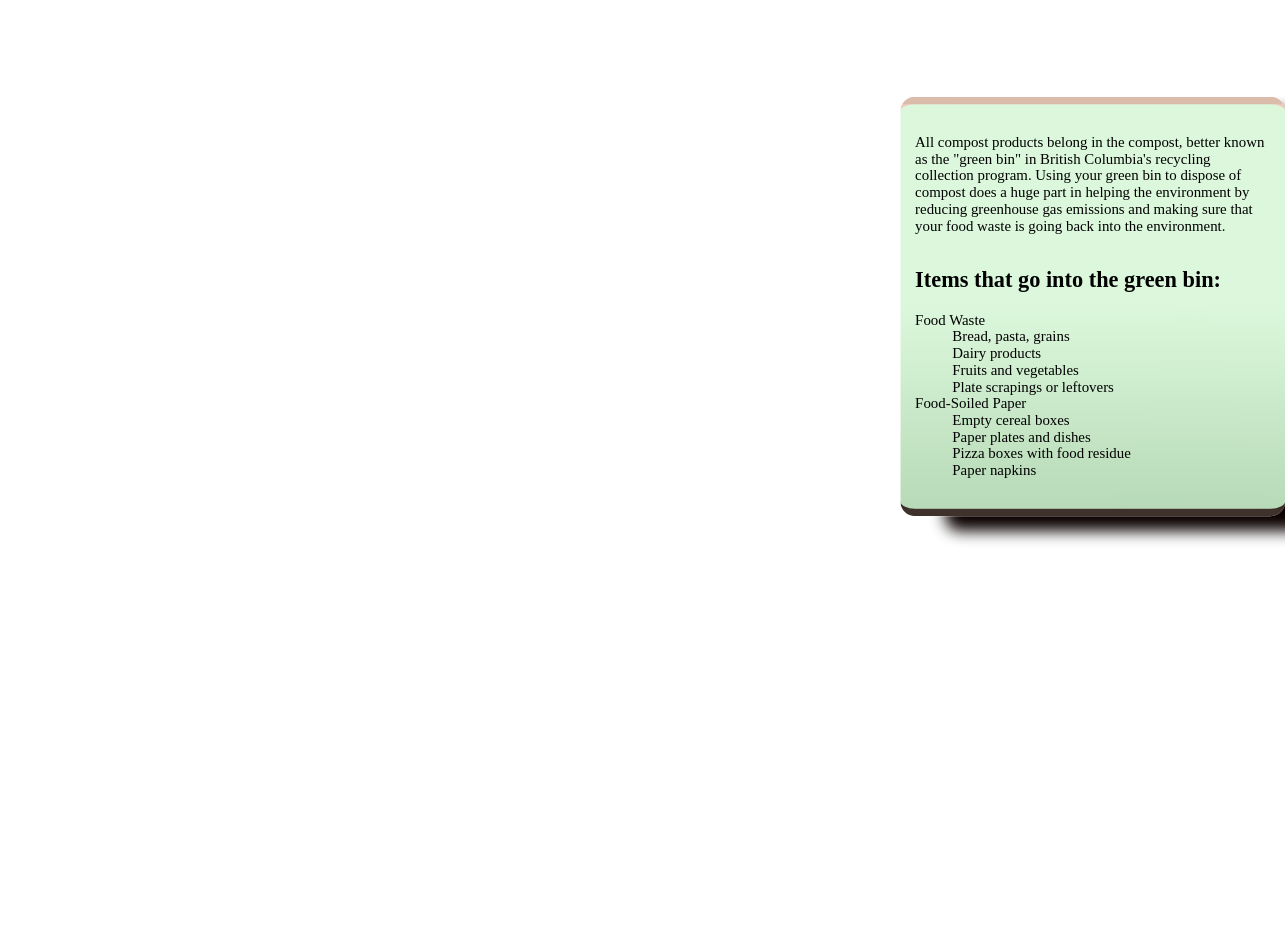
Repository: alemunden/Trash-Scavengers
Page: /InfoCompost
The author's editor kept a copy of each file at every save. The page is drawn from the files as they stood at one save, then again after the next save.
The browser window is 1280 px wide. The page is 1382 px wide, so the pictures cover 1382 px, including what lies to the right of the window. The pictures show the whole page, at 93% of full size.
The project was rebuilt for these pictures with package versions that can differ from the ones it lists, and the page was loaded fresh each time. The framework's server and built-in components were replaced by stand-ins that run in the browser. Also part of the build but not shown: next.config.mjs.

Above is the page before, as saved 2024-05-07 15:00:31.

### pages/InfoCompost.js
import styles from "@/styles/InfoCompost.module.css";

export default function InfoCompost() {
    return(
        <>
            <div className={styles.main}>
                    <p>All compost products belong in the compost, better known as the "green bin" in British Columbia's recycling collection program. Using your green bin to dispose of compost does a huge part in helping the environment by reducing greenhouse gas emissions and making sure that your food waste is going back into the environment.</p>
                    <div>
                        <h2>Items that go into the green bin:</h2>
                        <dl>
                            <dt>Food Waste</dt>
                                <dd>Bread, pasta, grains</dd>
                                <dd>Dairy products</dd>
                                <dd>Fruits and vegetables</dd>
                                <dd>Plate scrapings or leftovers</dd>
                            <dt>Food-Soiled Paper</dt>
                                <dd>Empty cereal boxes</dd>
                                <dd>Paper plates and dishes</dd>
                                <dd>Pizza boxes with food residue</dd>
                                <dd>Paper napkins</dd>
                        </dl>
                    </div>
            </div>
        </>
    )
}

### styles/globals.css
:root {
    --white: #FFFFFF;
    --black: #000;
    --light-green: #B4E88C;
    --light-blue: #9EBAE5;
    --light-gray: #c5c5c5;
    --light-yellow: #F3CD70;
    --light-pink: #F3D9D9;
    --medium-green: #429600;
    --gold: #ED9F26;

}

html, body {
    overflow-x: hidden;
    background-color: var(--white);
    height: 896px;
    width: 414px;
    position: absolute;
    left: 30rem;
    top: 3rem;
  }

main {
    padding: 1rem;
  }

li {
    list-style-type: none;
    cursor: pointer;
    margin: 1rem;
    width: 100%;
    padding: 0.5rem;
    color: #000105;
    background-color: var(--light-blue);
    border-radius: 1rem;
    border-bottom: 6px solid #7893bb;
    font-family: "Righteous", sans-serif;
    text-align: center;
    font-size: 1.5rem;
  }

.liHover:hover {
    background-color: #7893bb;
    columns: #fff;
}

.liSelected {
    color: #fff;
    background-color: #000925;
}

.homePageCard {
  margin-left: -5%;
  margin-top: 48%;
}

.searchBar {
  margin-left: -5%;
  margin-bottom: -48%;
}

.logInAndSettings {
  margin-left: 63%;
  margin-right: -5%;
  margin-top: 8%;
}

.dateIndex {
  font-family: 'Righteous';
  margin-bottom: -18%;
  margin-top: 8%;
}

.searchBarInfo {
  margin-left: -5%;
  margin-top: -0.1%;
}

.logInSettingsInfo {
  margin-left: 63%;
  margin-right: -5%;
  padding-left: 19px;
  padding-bottom: -10px;
  margin-top: 8%;
}

.infoCard {
  margin-left: -5%;
}

.logInSettingsDepots {
  margin-left: 64%;
  margin-right: -5%;
  padding-left: 9px;
  margin-top: 8%;
}

.searchBarDepots {
  margin-left: -5%;
}

.depotsCard {
  margin-left: -5%;
}

.logInSettingsYourDepots {
  margin-left: 50%;
  margin-right: -5%;
  padding-left: 65px;
  margin-top: 8%;
}

.searchBarYourDepots {
  margin-left: -5%;
}

.yourDepotsCard {
  margin-left: -5%;
}

.becDepotPage {
  font-family: 'Righteous';
  text-decoration: underline;
  margin-top: -200px;
  margin-left: 15%;
}

.depotsNavBar {
  margin-top: 165px;
}

### styles/InfoCompost.module.css
.main {
    display: flex;
    justify-content: center;
    padding: 1rem;
    display: flex;
    flex-direction: column;
    background-image: linear-gradient(180deg, rgba(185, 240, 185,0.5) 50%, rgba(112, 181, 112,0.5) 100%);
    border-radius: 1rem;
    border-top: 0.5rem solid rgba(255, 159, 159, 0.5);
    border-bottom: 0.5rem solid rgba(26, 0, 0, 0.8);
    box-shadow: 3rem 1rem 1rem #0b0000;
}

Loaded but not shown: pages/_app.js (common file); pages/_document.js (common file); pages/api/hello.js (common file)

After the next save:
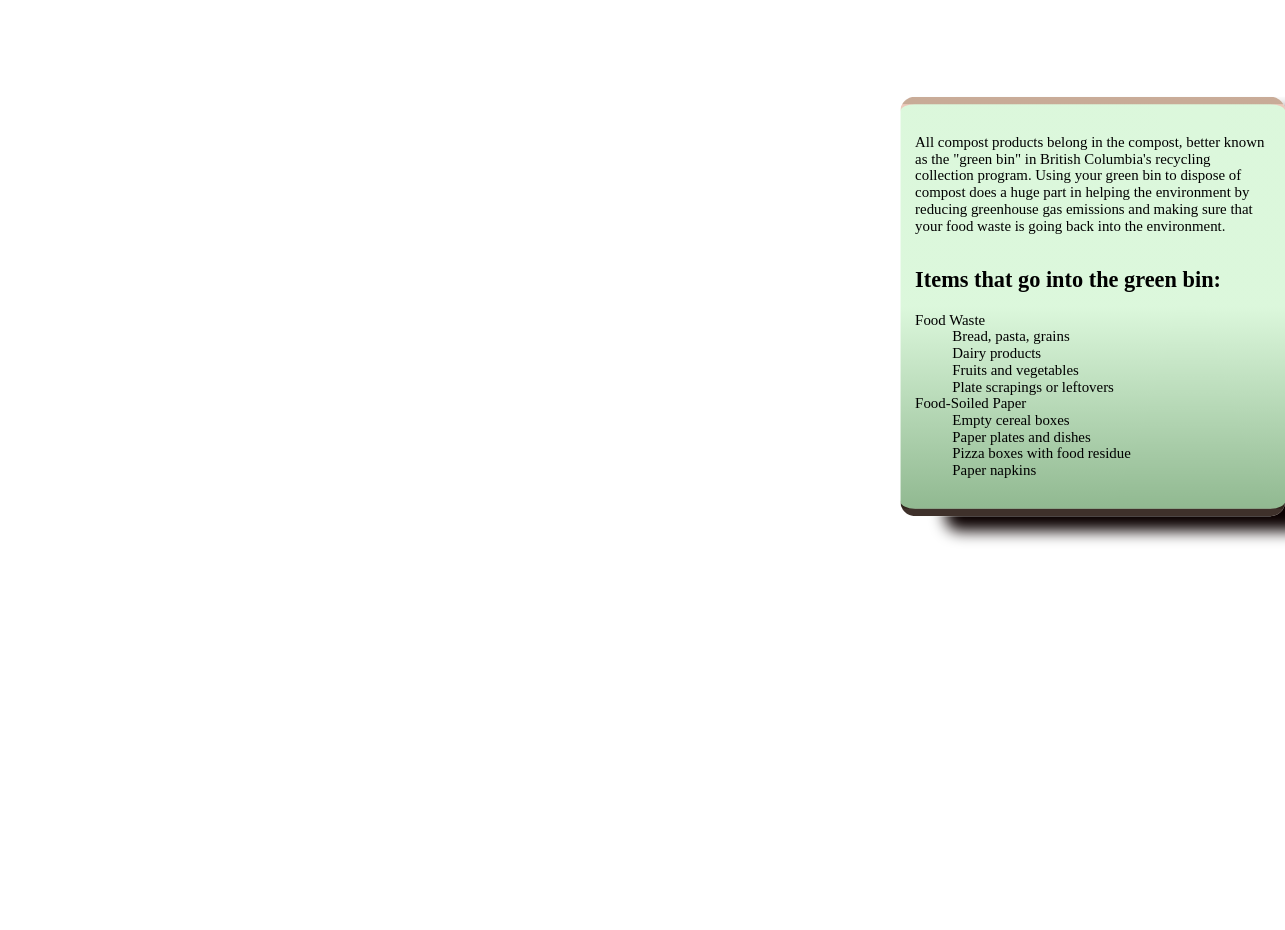
Saved 11 s later.
--- a/styles/InfoCompost.module.css
+++ b/styles/InfoCompost.module.css
@@ -4,7 +4,7 @@
     padding: 1rem;
     display: flex;
     flex-direction: column;
-    background-image: linear-gradient(180deg, rgba(185, 240, 185,0.5) 50%, rgba(112, 181, 112,0.5) 100%);
+    background-image: linear-gradient(180deg, rgba(185, 240, 185,0.5) 50%, rgba(35, 115, 35, 0.5) 100%);
     border-radius: 1rem;
     border-top: 0.5rem solid rgba(255, 159, 159, 0.5);
     border-bottom: 0.5rem solid rgba(26, 0, 0, 0.8);
